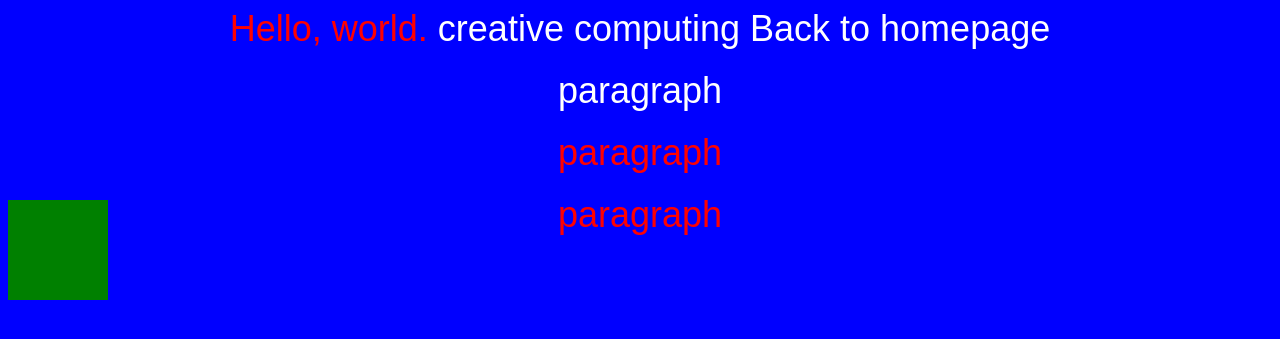
Repository: kimc687/kimc687.github.io
Page: page2.html
The author's editor kept a record of every edit. The page is drawn from the files as they stood at one moment, then again after the next edit.
The browser window is 1280 px wide. The pictures show the whole page.

Above is the page before.

### page2.html
<html>
	<head>
		<title>Hello, world.</title>
		<link href="style.css" rel="stylesheet">
	</head>
	<body>
		Hello, world.
	<a href="http://creativecomputing.me">creative computing</a>

	<a href="index.html">Back to homepage</a>
	<div class= "one">

	</div>
		<p class="paragraph1">paragraph</p>
		<p>paragraph</p>
		<p>paragraph</p>


	</body>
</html>

### style.css
body {
     background-color:blue;
     color:red;
     font-size:36px;
     font-family:arial, sans-serif;
 text-align:center;

}

p {
    margin:20px;
}

.paragraph1 {
    color:white;
}



.one{
width:100px;
height:100px;
background-color: green;
position:absolute;
top:200px;
bottom:50px;
right:300px
border-radius:100%;
border:solid red 0px;

}

.one:hover{
    background-color:lime;
}

a:link{
    color:white;
    text-decoration:none;
}

a:visited{
    color:black;
}

a:hover{
    color:red;
}

After the next edit:
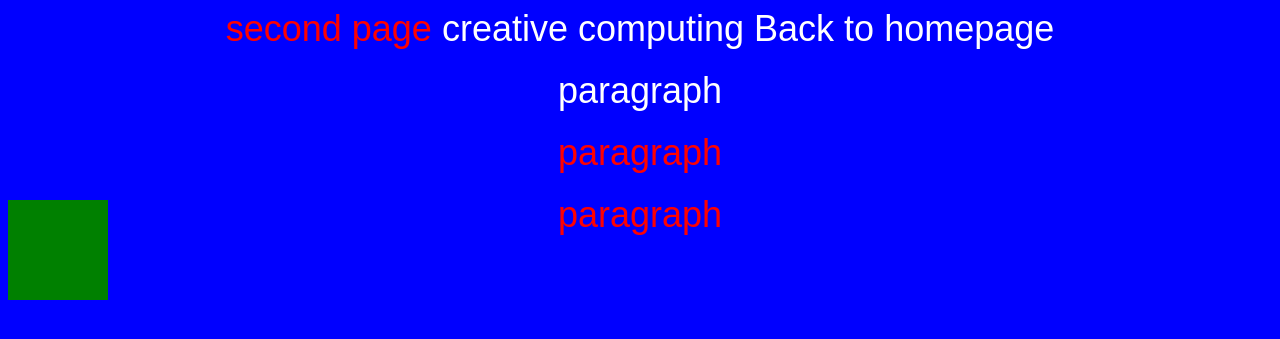
The edit:
--- a/page2.html
+++ b/page2.html
@@ -4,7 +4,7 @@
 		<link href="style.css" rel="stylesheet">
 	</head>
 	<body>
-		Hello, world.
+		second page
 	<a href="http://creativecomputing.me">creative computing</a>
 
 	<a href="index.html">Back to homepage</a>
